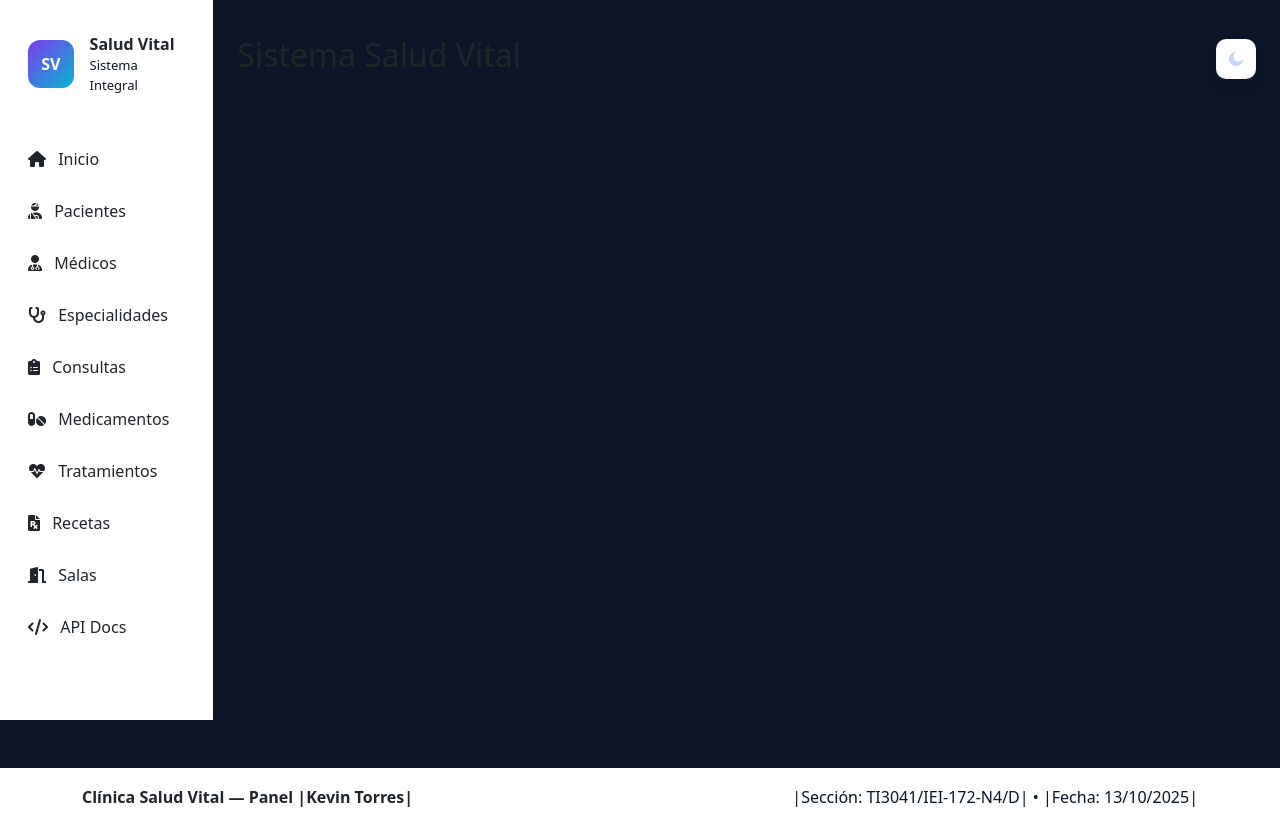
Repository: KeviNozh/eva2_clinica
Page: templates/base.html
An editor plug-in stored every save of this project. The page is shown before and after a run of saves, followed by the edit.
The browser window is 1280 px wide. The pictures show the whole page.
The template is drawn by Django 5.2. The application's start-up code is not run. The template is opened directly, without the code that normally fills it, so the values that code supplies are empty.

Above is the page before, as saved 2025-10-16 01:04:56.

After the next 2 saves:
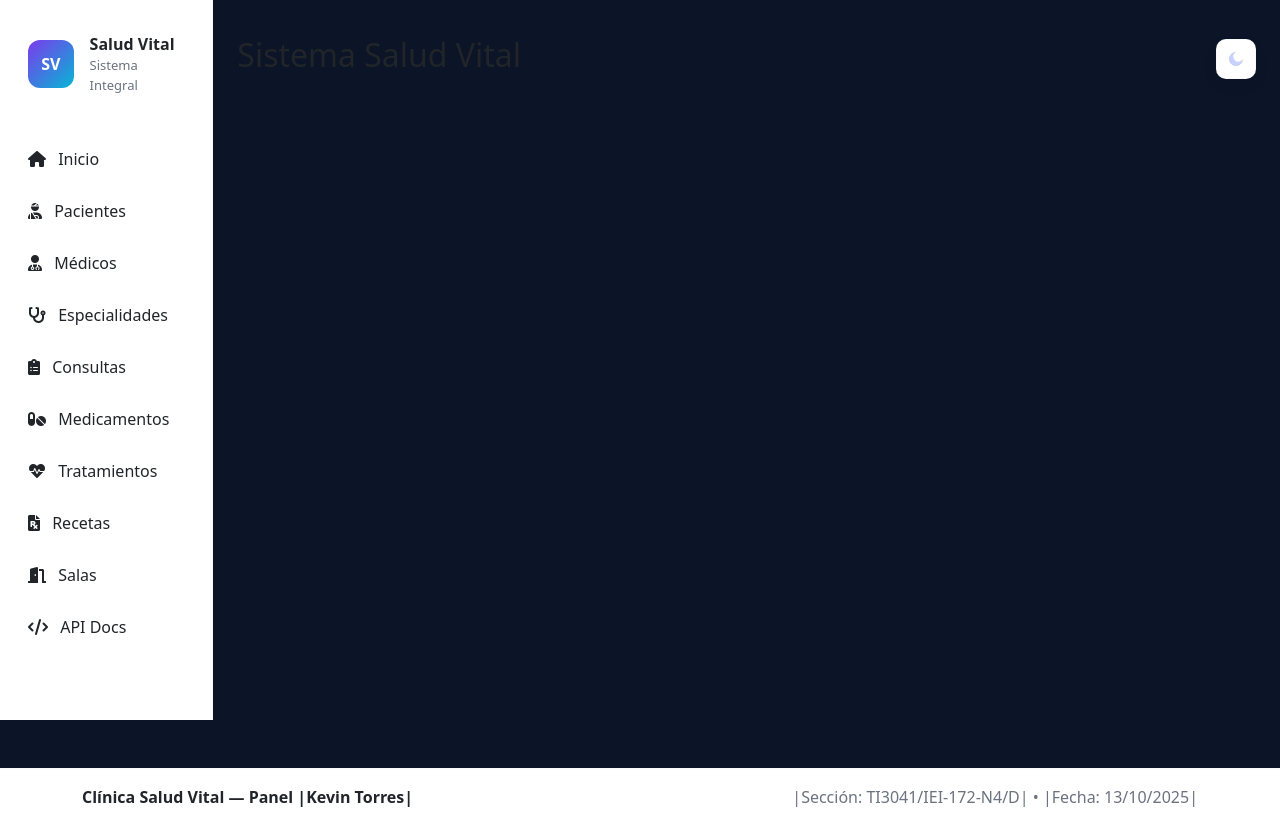
The 2 saves are shown as one change because they came seconds apart.
The last was saved 13 s later.
--- a/templates/base.html
+++ b/templates/base.html
@@ -37,7 +37,7 @@
     <style>
         :root {
             --bg: #0c1427; /* Fondo gris claro para que las tarjetas blancas resalten */
-            --muted: #0c1427;
+            --muted: #6b7280;
             --text: #212529; /* Texto principal oscuro y legible */
             --card: #fff;
             --glass: rgba(121, 121, 121, 0.04);
